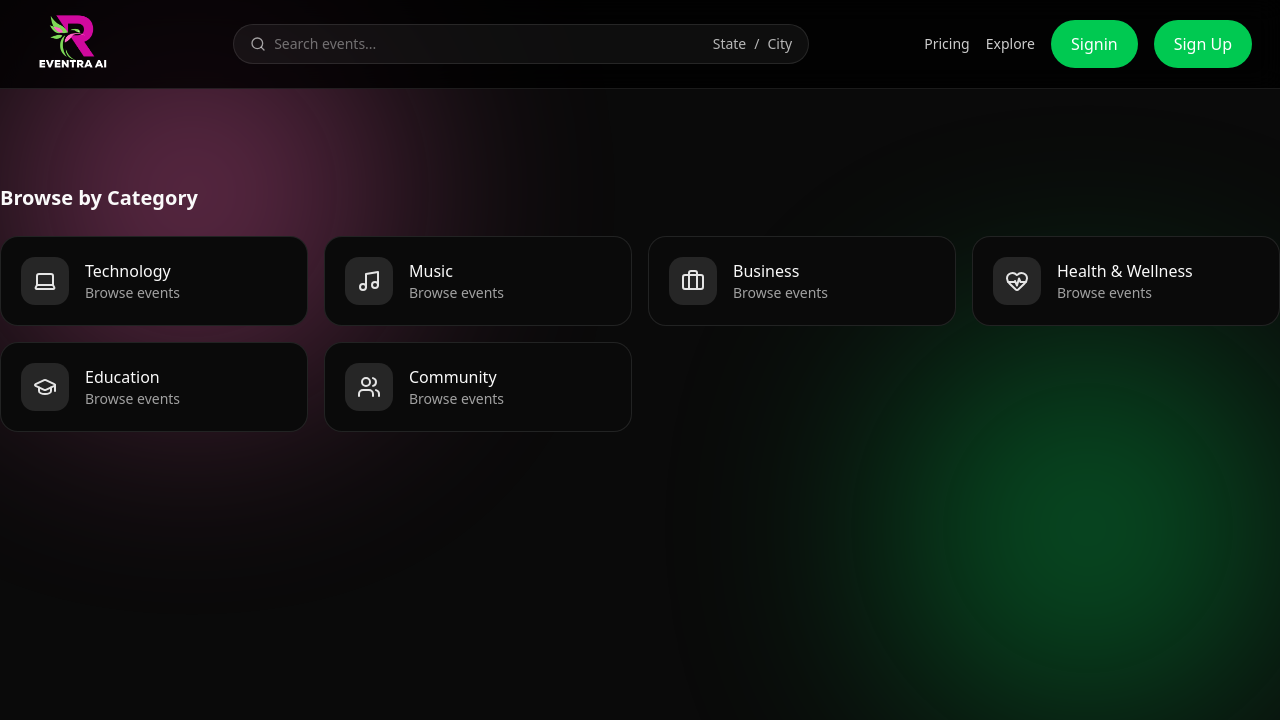
Repository: walaa-horani/AIEventNext.jsLinkedIn
Page: /explore
An editor plug-in stored every save of this project. The page is shown before and after the next save, followed by the edit.
The browser window is 1280 px wide. The pictures show the whole page.
The page's requests for data from a server got no answer. The project was rebuilt for these pictures with package versions that can differ from the ones it lists, and the page was loaded fresh each time. Some packages were replaced by stand-ins written for this rebuild. The framework's server and built-in components were replaced by stand-ins that run in the browser. No one was signed in, and anything a server would have sent is missing. Also part of the build but not shown: next.config.ts, components/ui/card.tsx, app/components/EventCard.tsx, app/components/FeaturedEvents.tsx, lib/location.ts, app/components/NearbyEvents.tsx, app/components/PopularEvents.tsx, app/components/FeaturedCarouesel.tsx. Imported but missing from the stored project, and not drawn on this page: components/ui/carousel.

Above is the page before, as saved 2025-12-14 17:52:57.

After the next save:
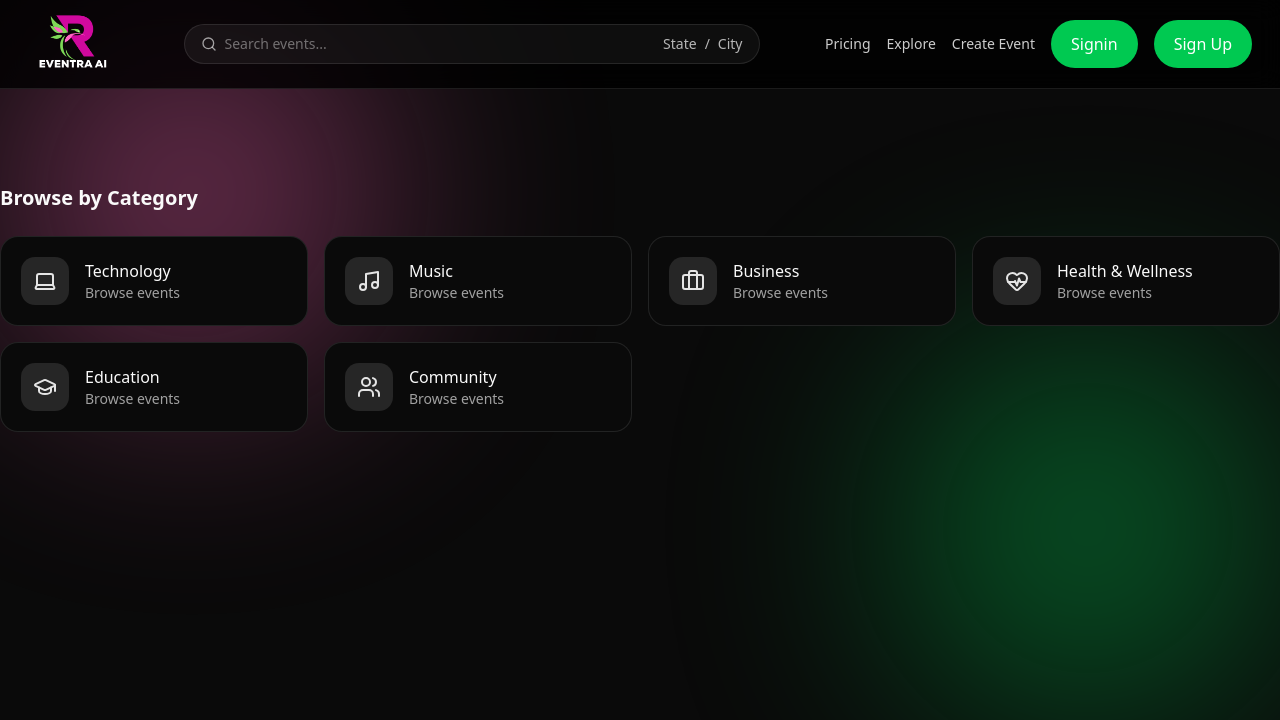
Saved 17 min 1 s later.
--- a/app/components/Header.tsx
+++ b/app/components/Header.tsx
@@ -57,6 +57,9 @@ export default function Header() {
           <Link href="/explore" className="hidden sm:block hover:text-white">
             Explore
           </Link>
+          <Link href="/create-event" className="hidden sm:block hover:text-white">
+            Create Event
+          </Link>
 
           <SignedOut>
               <SignInButton  mode="modal">
